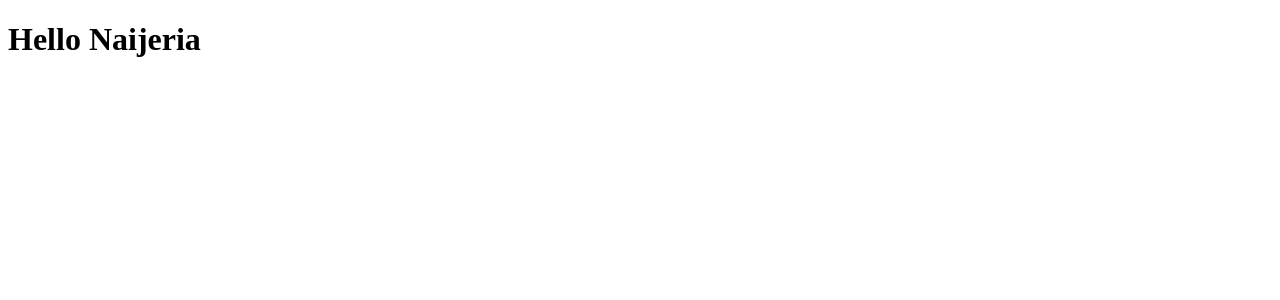
Repository: nashthecoder/vuebasics
Page: list-rendering.html
An editor plug-in stored every save of this project. The page is shown before and after the next save, followed by the edit.
The browser window is 1280 px wide. The pictures show the whole page.

Above is the page before, as saved 2021-01-05 21:34:56.

### list-rendering.html

<!DOCTYPE html>
<html lang="en">

<div id="app">


  <h1>{{ message }}</h1>


</div>

<script src="https://cdn.jsdelivr.net/npm/vue@2/dist/vue.js"></script>


<script>

  let vm = new Vue({

    el: '#app',
    data: {

      message: 'Hello Naijeria',

    }

  })

</script>

After the next save:
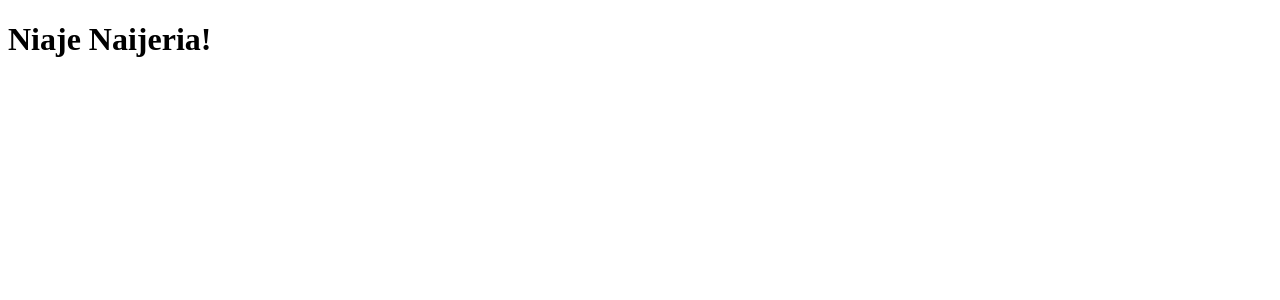
Saved 91 s later.
--- a/list-rendering.html
+++ b/list-rendering.html
@@ -5,7 +5,11 @@
 <div id="app">
 
 
-  <h1>{{ message }}</h1>
+  <h1 v-if="isActive">{{ name }}</h1>
+
+  <h1 v-else-if="name === 'Naijeria' ">Niaje Naijeria!</h1>
+
+  <h1 v-else>No User!</h1>
 
 
 </div>
@@ -20,7 +24,8 @@
     el: '#app',
     data: {
 
-      message: 'Hello Naijeria',
+      isActive: false,
+      name: 'Naijeria',
 
     }
 
